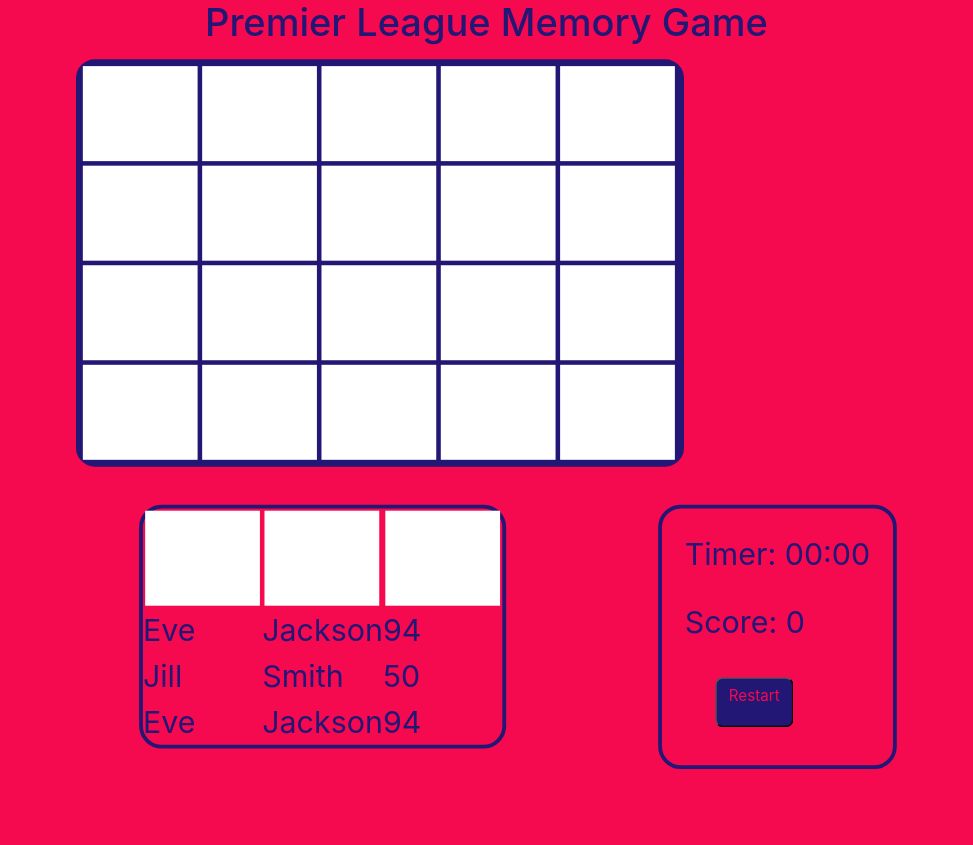
Repository: IchaTreasure/Premier-League-Memory-Game-
Page: index.html
The author's editor kept a record of every edit. The page is drawn from the files as they stood at one moment, then again after the next edit.
The browser window is 1280 px wide. The pictures show the whole page, at 76% of full size.
Some web libraries are served in a nearby version.

Above is the page before.

### index.html
<!DOCTYPE html>
<html lang="en">

<head>
    <meta charset="UTF-8">
    <meta name="viewport" content="width=device-width, initial-scale=1.0">
    <meta http-equiv="X-UA-Compatible" content="ie=edge">

    <link rel="stylesheet" href="https://maxcdn.bootstrapcdn.com/bootstrap/4.1.3/css/bootstrap.min.css">
    <link rel="stylesheet" href="https://use.fontawesome.com/releases/v5.6.1/css/all.css" integrity="sha384-gfdkjb5BdAXd+lj+gudLWI+BXq4IuLW5IT+brZEZsLFm++aCMlF1V92rMkPaX4PP" crossorigin="anonymous">
    <link rel="stylesheet" href="https://stackpath.bootstrapcdn.com/bootstrap/4.3.1/css/bootstrap.min.css" type="text/css" />
    <link rel="stylesheet" href="https://stackpath.bootstrapcdn.com/font-awesome/4.7.0/css/font-awesome.min.css" type="text/css" />
    <link rel="stylesheet" href="https://cdnjs.cloudflare.com/ajax/libs/hover.css/2.3.1/css/hover-min.css" type="text/css" />
    <link href="https://fonts.googleapis.com/css?family=Roboto:400,700" rel="stylesheet">
    <link rel="canonical" href="https://getbootstrap.com/docs/4.3/examples/starter-template/">



    <link rel="stylesheet" href="styles.css" type="text/css" />
    <title>Premier League Memory Game</title>
</head>

<body>
    <!-- Title of the the game -->
    <h1 style="color: #221775; text-align: center; font-size: 50px;">
        Premier League Memory Game
    </h1>



    <!-- div for the 4x5 Memory game -->
    <div id="game-container">

        <!-- div for the front and back images of the cards , coppied 20 time because its a 4x5 -->
        <div id="memory-card1" class="memory-card">
            <div id="back-card1" class="back-card">
                <img src="Images/manunited.jpg"></img>
            </div>
            <div id="front-card1" class="front-card">

            </div>
        </div>

        <!-- div for the front and back images of the cards , coppied 20 time because its a 4x5 -->
        <div id="memory-card2" class="memory-card">
            <div id="back-card2" class="back-card">
                <img src="Images/Mancity.png"></img>
            </div>
            <div id="front-card2" class="front-card">

            </div>
        </div>

        <!-- div for the front and back images of the cards , coppied 20 time because its a 4x5 -->
        <div id="memory-card3" class="memory-card">
            <div id="back-card3" class="back-card">
                <img src="Images/leicester.jpg"></img>
            </div>
            <div id="front-card3" class="front-card">

            </div>
        </div>

        <!-- div for the front and back images of the cards , coppied 20 time because its a 4x5 -->
        <div id="memory-card4" class="memory-card">
            <div id="back-card4" class="back-card">
                <img src="Images/Everton.png"></img>
            </div>
            <div id="front-card4" class="front-card">

            </div>
        </div>

        <!-- div for the front and back images of the cards , coppied 20 time because its a 4x5 -->
        <div id="memory-card5" class="memory-card">
            <div id="back-card5" class="back-card">
                <img src="Images/chelsea.png"></img>
            </div>
            <div id="front-card5" class="front-card">

            </div>
        </div>

        <!-- div for the front and back images of the cards , coppied 20 time because its a 4x5 -->
        <div id="memory-card6" class="memory-card">
            <div id="back-card6" class="back-card">
                <img src="Images/Watford.png"></img>
            </div>
            <div id="front-card6" class="front-card">

            </div>
        </div>

        <!-- div for the front and back images of the cards , coppied 20 time because its a 4x5 -->
        <div id="memory-card7" class="memory-card">
            <div id="back-card7" class="back-card">
                <img src="Images/west-ham.png"></img>
            </div>
            <div id="front-card7" class="front-card">

            </div>
        </div>

        <!-- div for the front and back images of the cards , coppied 20 time because its a 4x5 -->
        <div id="memory-card8" class="memory-card">
            <div id="back-card8" class="back-card">
                <img src="Images/bournemouth.jpg"></img>
            </div>
            <div id="front-card8" class="front-card">

            </div>
        </div>

        <!-- div for the front and back images of the cards , coppied 20 time because its a 4x5 -->
        <div id="memory-card9" class="memory-card">
            <div id="back-card9" class="back-card">
                <img src="Images/Burnley.png"></img>
            </div>
            <div id="front-card9" class="front-card">

            </div>
        </div>

        <!-- div for the front and back images of the cards , coppied 20 time because its a 4x5 -->
        <div id="memory-card10" class="memory-card">
            <div id="back-card10" class="back-card">
                <img src="Images/crystal_pal.png"></img>
            </div>
            <div id="front-card10" class="front-card">

            </div>
        </div>

        <!-- div for the front and back images of the cards , coppied 20 time because its a 4x5 -->
        <div id="memory-card11" class="memory-card">
            <div id="back-card11" class="back-card">
                <img src="Images/manunited.jpg"></img>
            </div>
            <div id="front-card11" class="front-card">

            </div>
        </div>

        <!-- div for the front and back images of the cards , coppied 20 time because its a 4x5 -->
        <div id="memory-card12" class="memory-card">
            <div id="back-card12" class="back-card">
                <img src="Images/Watford.png"></img>
            </div>
            <div id="front-card12" class="front-card">

            </div>
        </div>

        <!-- div for the front and back images of the cards , coppied 20 time because its a 4x5 -->
        <div id="memory-card13" class="memory-card">
            <div id="back-card13" class="back-card">
                <img src="Images/Burnley.png"></img>
            </div>
            <div id="front-card13" class="front-card">

            </div>
        </div>

        <!-- div for the front and back images of the cards , coppied 20 time because its a 4x5 -->
        <div id="memory-card14" class="memory-card">
            <div id="back-card14" class="back-card">
                <img src="Images/west-ham.png"></img>
            </div>
            <div id="front-card14" class="front-card">

            </div>
        </div>

        <!-- div for the front and back images of the cards , coppied 20 time because its a 4x5 -->
        <div id="memory-card15" class="memory-card">
            <div id="back-card15" class="back-card">
                <img src="Images/chelsea.png"></img>
            </div>
            <div id="front-card15" class="front-card">

            </div>
        </div>

        <!-- div for the front and back images of the cards , coppied 20 time because its a 4x5 -->
        <div id="memory-card16" class="memory-card">
            <div id="back-card16" class="back-card">
                <img src="Images/bournemouth.jpg"></img>
            </div>
            <div id="front-card16" class="front-card">

            </div>
        </div>

        <!-- div for the front and back images of the cards , coppied 20 time because its a 4x5 -->
        <div id="memory-card17" class="memory-card">
            <div id="back-card17" class="back-card">
                <img src="Images/leicester.jpg"></img>
            </div>
            <div id="front-card17" class="front-card">

            </div>
        </div>

        <!-- div for the front and back images of the cards , coppied 20 time because its a 4x5 -->
        <div id="memory-card18" class="memory-card">
            <div id="back-card18" class="back-card">
                <img src="Images/crystal_pal.png"></img>
            </div>
            <div id="front-card18" class="front-card">

            </div>
        </div>

        <!-- div for the front and back images of the cards , coppied 20 time because its a 4x5 -->
        <div id="memory-card19" class="memory-card">
            <div id="back-card19" class="back-card">
                <img src="Images/Mancity.png"></img>
            </div>
            <div id="front-card19" class="front-card">

            </div>
        </div>

        <!-- div for the front and back images of the cards , coppied 20 time because its a 4x5 -->
        <div id="memory-card20" class="memory-card">
            <div id="back-card20" class="back-card">
                <img src="Images/Everton.png"></img>
            </div>
            <div id="front-card20" class="front-card">

            </div>
        </div>

    </div>

    <!-- div for info about the current status of the game i.e time, score, flips -->
    <div class="game-info">

        <!-- div to show timer -->
        <div class="game-timer">
            <span>Timer:</span>
            <span>00:00</span>
        </div>

        <!-- div to show currnet score -->
        <div id="game-score">
            <span>Score:</span>
            <span>0</span>
        </div>

        <!-- div to reset the game -->
        <button id="reset-game" class="btn-lg active">
       <p style="color: #f50a50;">Restart</p>
        </button>

    </div>



    <div class="game-info">
        <table style="width:100%">
            <tr>
                <td>

                    <!-- div for the front and back images of the cards , coppied 20 time because its a 4x5 -->
                    <div id="memory-card1" class="memory-card">
                        <div id="back-card1" class="back-card">
                            <img src="Images/manunited.jpg"></img>
                        </div>
                        <div id="front-card1" class="front-card">

                        </div>
                    </div>
                </td>
                <td>


                    <!-- div for the front and back images of the cards , coppied 20 time because its a 4x5 -->
                    <div id="memory-card2" class="memory-card">
                        <div id="back-card2" class="back-card">
                            <img src="Images/Mancity.png"></img>
                        </div>
                        <div id="front-card2" class="front-card">

                        </div>
                    </div>
                </td>
                <td>
                    <!-- div for the front and back images of the cards , coppied 20 time because its a 4x5 -->
                    <div id="memory-card3" class="memory-card">
                        <div id="back-card3" class="back-card">
                            <img src="Images/leicester.jpg"></img>
                        </div>
                        <div id="front-card3" class="front-card">

                        </div>
                    </div>
                </td>
            </tr>
            <tr>
                <td>Eve</td>
                <td>Jackson</td>
                <td>94</td>
            </tr>
            <tr>
                <td>Jill</td>
                <td>Smith</td>
                <td>50</td>
            </tr>
            <tr>
                <td>Eve</td>
                <td>Jackson</td>
                <td>94</td>
            </tr>
        </table>

    </div>
    </div>

    <script type="text/javascript" src="images.js"></script>
    <script type="text/javascript" src="script.js"></script>

    <script src="https://code.jquery.com/jquery-3.3.1.slim.min.js" integrity="sha384-q8i/X+965DzO0rT7abK41JStQIAqVgRVzpbzo5smXKp4YfRvH+8abtTE1Pi6jizo" crossorigin="anonymous"></script>
    <script src="https://cdnjs.cloudflare.com/ajax/libs/popper.js/1.14.7/umd/popper.min.js" integrity="sha384-UO2eT0CpHqdSJQ6hJty5KVphtPhzWj9WO1clHTMGa3JDZwrnQq4sF86dIHNDz0W1" crossorigin="anonymous"></script>
    <script src="https://stackpath.bootstrapcdn.com/bootstrap/4.3.1/js/bootstrap.min.js" integrity="sha384-JjSmVgyd0p3pXB1rRibZUAYoIIy6OrQ6VrjIEaFf/nJGzIxFDsf4x0xIM+B07jRM" crossorigin="anonymous"></script>

</body>

</html>

### styles.css
* {
  padding: 0;
  margin: 0;
  box-sizing: border-box;
  user-select: none;
}

body {
  background: #f50a50;
}

/* currnent status of the game stying */
.game-info {
  float: right;
	font-size: 40px;
	color: #221775;
	margin-top: 30px;
	margin-bottom: 100px;
	margin-right: 100px;
	margin-left: 100px;
	border: 5px solid #221775;
	border-radius: 30px;
}

/* Space between the timer and score */
#game-score{
	margin: 30px;
}
.game-timer{
  margin: 30px;
}

#reset-game {
  background-color: #221775;
	margin-bottom: 50px;
	margin-left: 70px;
	border-radius: 10px;
}

#game-container {
  float: left;
	width: 800px;
	height: auto;
	margin: 10px 20px 20px 100px;
	border: 6px solid #221775;
	background-color: #221775;
	border-radius: 25px;
}

img {
	width: 120px;
	height: 110px;
}

.memory-card{
  width: 151px;
	height: 125px;
	display: inline-block;
	float: left;
	margin: 3px;
	padding: 10px;
	background-color: white;
}

.front-card {
	position: absolute;
	width: 150px;
	height: 125px;
	margin: 0;
	transform: rotateY(0deg);
	transition: transform 0.5s linear 0s;
	backface-visibility: hidden;

}

.back-card {
	position: absolute;
	width: 150px;
	height: 125px;
	transform: rotateY(180deg);
	transition: transform 0.5s linear 0s;
	backface-visibility: hidden;
}

### script.js
//retriving the the classes of the game, timer, score and reset
var gamecontainer = document.getElementById("game-container");
var gametimer = document.getElementsByClassName("game-timer");
var gamescore = document.getElementById("game-score");
var resetgame = document.getElementsByClassName("reset-game");

var cardChecked = 0;
var cardNumber; // id of which card was clicked

var frontcard;
var backcard;

var endgame = false;

var cardIndex = [0, 0, 0, 0, 0, 0, 0, 0, 0, 0, 0, 0, 0, 0, 0, 0, 0, 0, 0, 0];

var cardTextRecord = [];

var cardRecord = [];

var numberOfFlips = 0;

var scoreCounter = 0;

//Fliping the cards
//gamecontainer.addEventListener("click", function(e) { // Listening for click
document.getElementById("game-container").addEventListener("click", function(e) { // Listening for click
	var targetElement = e.target.parentElement; //finding out which element was clicked and the parent of that elemnt
	var numId = targetElement.id;
	if (Number.isInteger(parseInt(numId.replace("back-card", ""), 10))) {
		cardClicked(targetElement.parentElement.id);
	}
	else {
		cardClicked(numId);
	}
});


function cardClicked(cardId) {
	cardNumber = cardId.replace("memory-card", "");
	cardNumber = parseInt(cardNumber, 10);

	if (cardIndex[cardNumber - 1] == 0 && cardChecked == 0 && endgame == false) {

		//frontcard = document.getElementById("front-card" + cardNumber);
		//backcard = document.getElementById("back-card" + cardNumber);
		document.getElementById("front-card" + cardNumber).style.transform = "rotateY(-180deg)";
		document.getElementById("back-card" + cardNumber).style.transform = "rotateY(0deg)";

		cardTextRecord.push(document.getElementById("back-card" + cardNumber).innerHTML);
		cardRecord.push(cardNumber);

		numberOfFlips++;
		cardIndex[cardNumber - 1] = 1;

		if (numberOfFlips == 2) {
			if (cardTextRecord[0] == cardTextRecord[1]) {
				scoreCounter++;
				//gamescore.innerHTML = "Score: " + scoreCounter;
				document.getElementById("game-score").innerHTML = "Score: " + scoreCounter;
				cardTextRecord = [];
				cardRecord = [];

				numberOfFlips = 0;

				if (scoreCounter == 10) {
					clearTimeout();
					setTimeout(function() { showScore(); }, 600);
				}
				return;
			}
			else {
				cardChecked = 1;
				setTimeout(function() { unFlip(); }, 600);
				return;
			}
		}
	}

	if (endgame == true) {
		alert("Game Over, click reset to reshuffle the Board");
	}
}

function unFlip() {
	document.getElementById("front-card" + cardRecord[0]).style.transform = "rotateY(0deg)";
	document.getElementById("back-card" + cardRecord[0]).style.transform = "rotateY(180deg)";
	document.getElementById("front-card" + cardRecord[1]).style.transform = "rotateY(0deg)";
	document.getElementById("back-card" + cardRecord[1]).style.transform = "rotateY(180deg)";

	cardIndex[cardRecord[0] - 1] = 0;
	cardIndex[cardRecord[1] - 1] = 0;
	cardTextRecord = [];
	cardRecord = [];
	numberOfFlips = 0;
	cardChecked = 0;
}

function showScore() {
	endgame = true;

	if (scoreCounter == 10) {
		alert("Congratulations! You won! Your Score is " + scoreCounter);
	}
	else {
		alert("Sorry!!!! You Lost Your score is " + scoreCounter);

	}
}

document.getElementById("reset-game").addEventListener("click", startNewGame);

function startNewGame() {
	window.location.reload();
}

Loaded but not shown: images.js (no copy from this time; the picture is the same without it)

After the next edit:
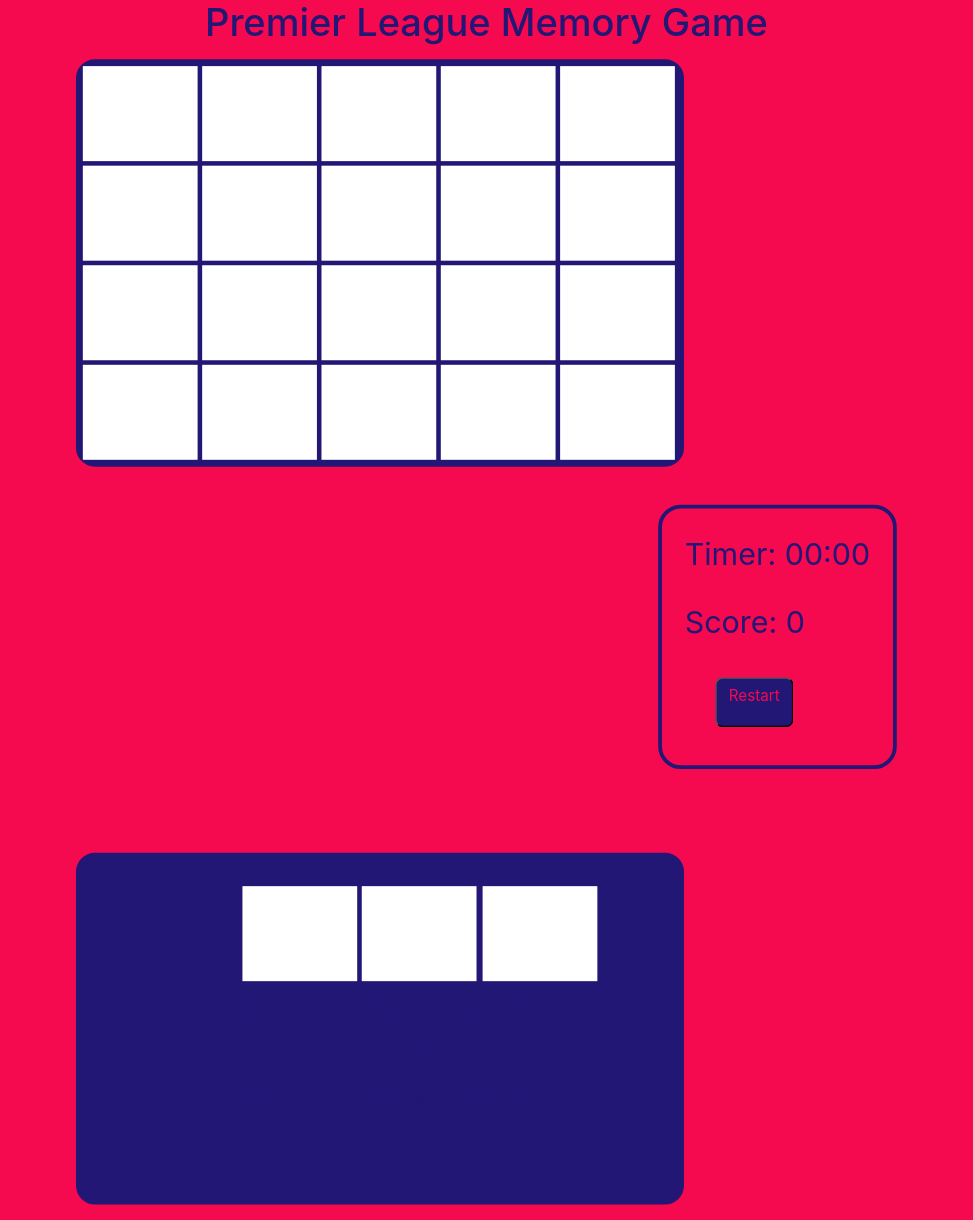
The edit:
--- a/index.html
+++ b/index.html
@@ -256,7 +256,7 @@
     </div>
 
 
-
+<div id="game-container">
     <div class="game-info">
         <table style="width:100%">
             <tr>
